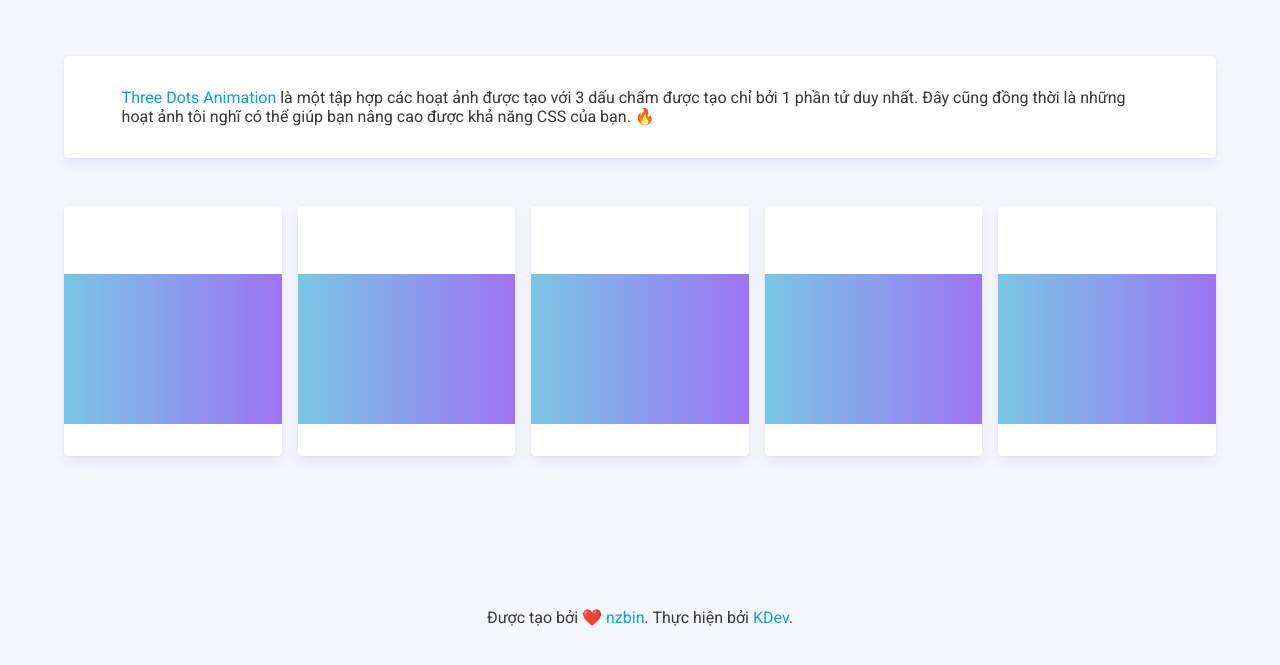
Repository: haokiet2501/lazy-loader-animation
Page: index.html
The author's editor kept a copy of each file at every save. The page is drawn from the files as they stood at one save, then again after a run of saves.
The browser window is 1280 px wide. The pictures show the whole page.
The style sheet was rebuilt from its Sass, Less or Tailwind sources for each picture, by a compiler version that may differ from the author's.

Above is the page before, as saved 2022-05-06 20:03:01.

### index.html
<!DOCTYPE html>
<html lang="en">
<head>
    <meta charset="UTF-8">
    <meta http-equiv="X-UA-Compatible" content="IE=edge">
    <meta name="viewport" content="width=device-width, initial-scale=1.0">
    <link rel="shortcut icon" href="image/KDEV.png" type="image/x-icon">
    <link rel="stylesheet" href="sass/css/styles.css">
    <title>Three Dots Animation</title>
</head>
<body>
    <div class="container">
        <div class="title">
            <a href="/" target="_blank">Three Dots Animation</a> là một tập hợp các hoạt ảnh được tạo với 3 dấu chấm được tạo chỉ bởi 1 phần tử duy nhất. Đây cũng đồng thời là những hoạt ảnh tôi nghĩ có thể giúp bạn nâng cao được khả năng CSS của bạn. 🔥
        </div>

        <div class="row">
            <div class="box">
                <div class="stage">

                </div>
            </div>
            <div class="box">
                <div class="stage">

                </div>
            </div>
            <div class="box">
                <div class="stage">

                </div>
            </div>
            <div class="box">
                <div class="stage">

                </div>
            </div>
            <div class="box">
                <div class="stage">

                </div>
            </div>
        </div>

        <footer class="footer">
            <p>
                Được tạo bởi ❤️ <a href="https://github.com/nzbin" target="_blank">nzbin</a>.
                Thực hiện bởi <a href="/" target="_blank">KDev</a>.
            </p>
        </footer>
    </div>
</body>
</html>

### sass/styles.scss
@import 'base/base';

$color-text: #383838;
$color-line: #50dfdb;

.container {
    padding: 2rem 4rem;
}

.title {
    background: #fff;
    padding: 2rem 5%;
    margin: 1.5rem 0;
    box-shadow: 0 .4rem .8rem -.1rem rgba(0, 32, 128, .1), 0 0 0 1px #f0f2f7;
    border-radius: .25rem;
    color: $color-text;
}

.box {
    position: relative;
    height: 250px;
    background: #fff;
    padding: 2rem 5%;
    margin: 1.5rem 0;
    box-shadow: 0 .4rem .8rem -.1rem rgba(0, 32, 128, .1), 0 0 0 1px #f0f2f7;
    border-radius: .25rem;
    overflow: hidden;
}

.box::before {
    content: '';
    position: absolute;
    top: -2rem;
    left: 32px;
    width: 150px;
    height: 140%;
    background: linear-gradient(#A85CF9, #6FDFDF);
    animation: animate 4s linear infinite;
}

.box::after {
    content: '';
    position: absolute;

}

@keyframes animate {
    0% {
        transform: rotate(0deg);
    }
    100% {
        transform: rotate(360deg);
    }
}

.row {
    display: grid;
    grid-template-columns: repeat(auto-fill, minmax(184px, 1fr));
    gap: 24px 16px;
}

.footer {
    display: flex;
    justify-content: center;
    align-items: center;
    margin: 128px 0 20px;
}

.footer > p {
    color: $color-text;
}

### sass/base/_base.scss
@import url('https://fonts.googleapis.com/css2?family=Roboto:wght@300;400;500;700&display=swap');

*, ::before, ::after {
    margin: 0;
    padding: 0;
    box-sizing: border-box;
}

html, body {
    scroll-behavior: smooth;
    font-family: 'Roboto', sans-serif;
    background: #f6f7fd;
    height: 100%;
    overflow: auto;
}

a {
    text-decoration: none;
    color: #0AA1DD;
}

After the next 3 saves:
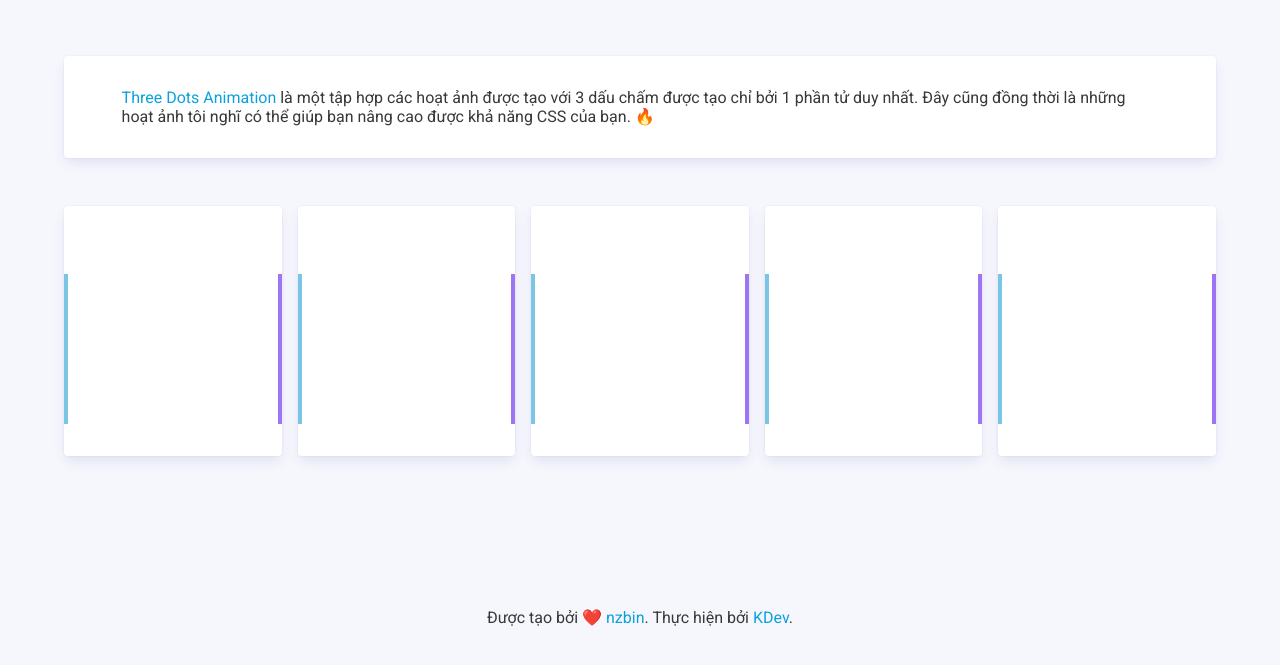
The 3 saves are shown as one change because 1 did not build or start and some came seconds apart.
The last was saved 16 s later.
--- a/sass/styles.scss
+++ b/sass/styles.scss
@@ -41,7 +41,8 @@ $color-line: #50dfdb;
 .box::after {
     content: '';
     position: absolute;
-
+    inset: 4px;
+    background: #fff;
 }
 
 @keyframes animate {
